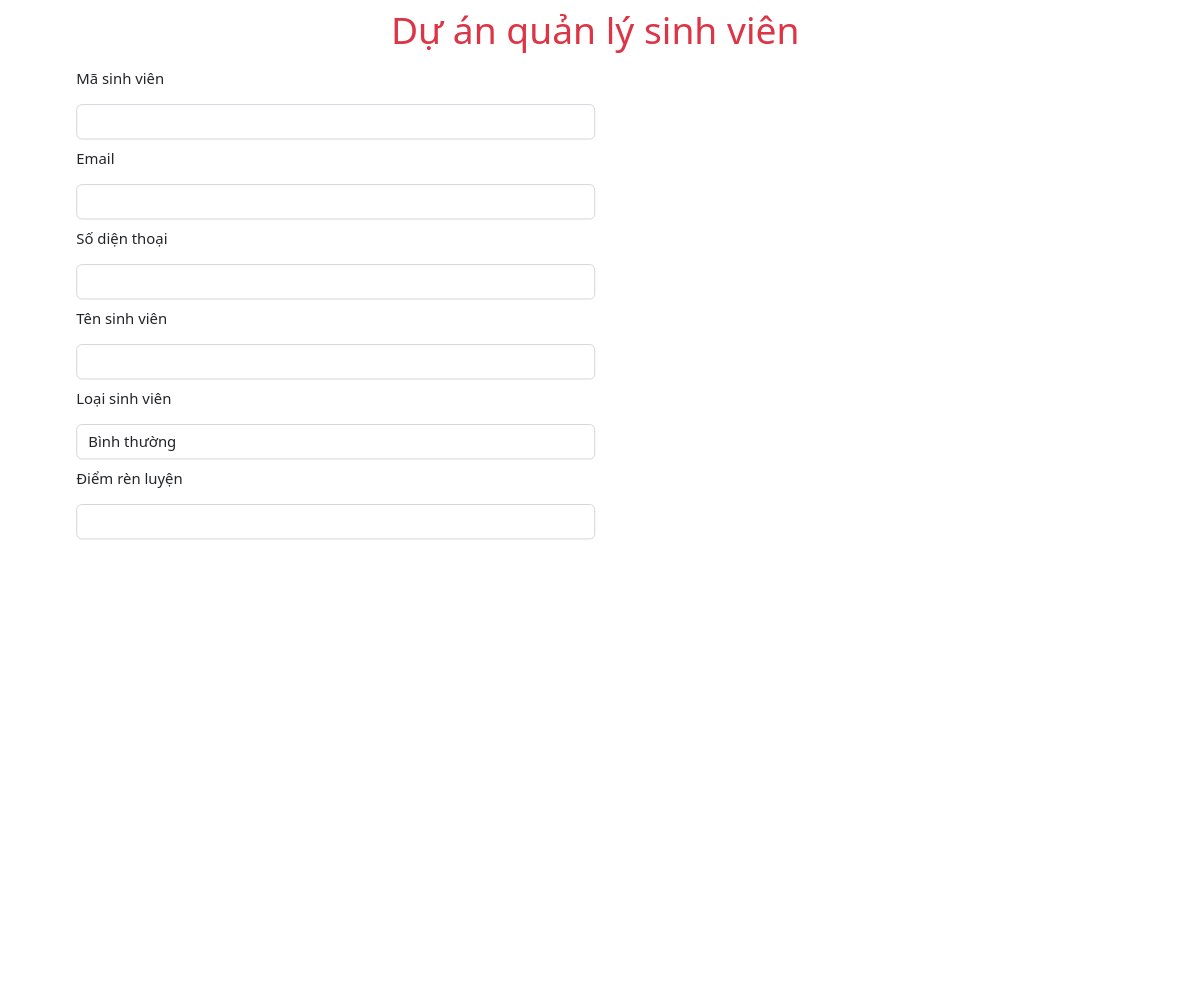
Repository: hcozyph/Cybersoft_JS_OOP
Page: index.html
These files come from the project's save history. The page is drawn as it stood at one moment and after the next save; the edit follows.
The browser window is 1280 px wide. The pictures show the whole page, at 93% of full size.

Above is the page before, as saved 2023-02-26 09:25:18.

After the next save:
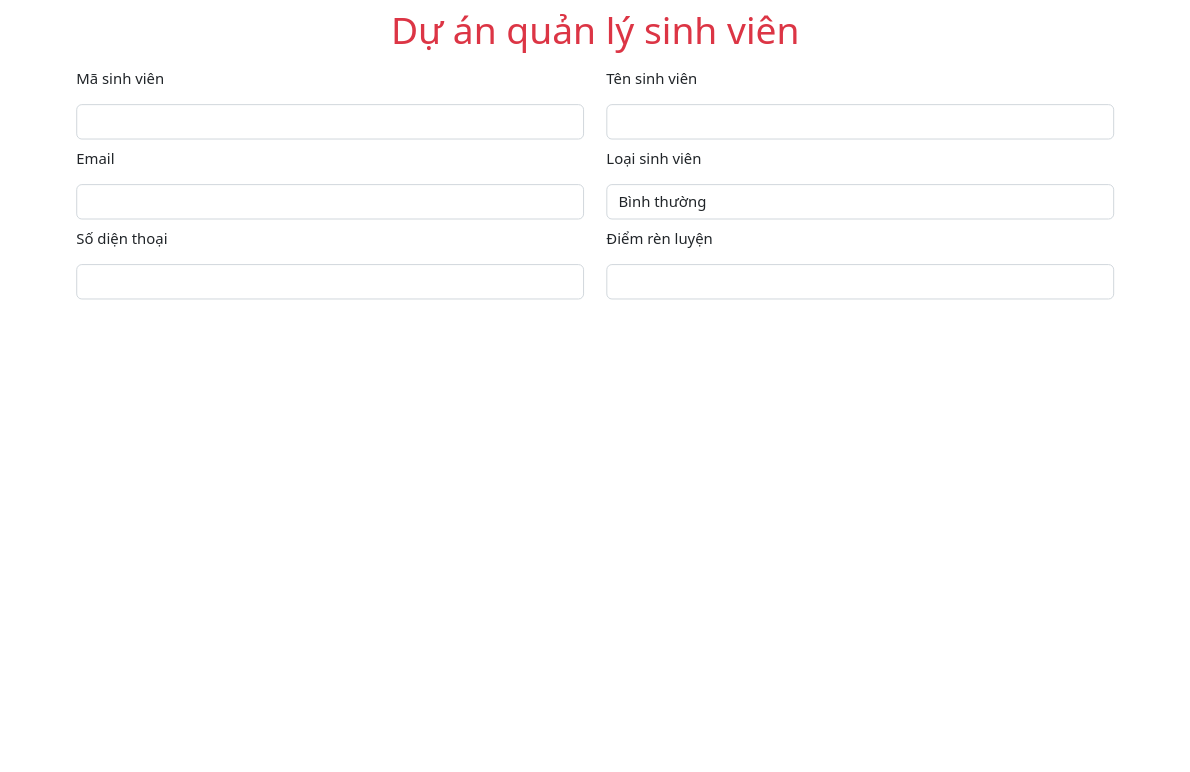
Saved 32 s later.
--- a/index.html
+++ b/index.html
@@ -30,43 +30,45 @@
             </div>
 
             <div class="content">
-                <div class="row row-cols-2"></div>
-                <div class="col-md-6 col-lg-6">
-                    <div class="form-group my-2">
-                        <p>Mã sinh viên</p>
-                        <input class="form-control" id="maSinhVien"></input>
+                <div class="row">
+                    <div class="col-md-6 col-lg-6">
+                        <div class="form-group my-2">
+                            <p>Mã sinh viên</p>
+                            <input class="form-control" id="maSinhVien"></input>
+                        </div>
+
+                        <div class="form-group my-2">
+                            <p>Email</p>
+                            <input class="form-control" id="email"></input>
+                        </div>
+
+                        <div class="form-group my-2">
+                            <p>Số diện thoại</p>
+                            <input class="form-control" id="soDienThoai"></input>
+                        </div>
                     </div>
 
-                    <div class="form-group my-2">
-                        <p>Email</p>
-                        <input class="form-control" id="email"></input>
-                    </div>
+                    <div class="col-md-6 col-lg-6">
+                        <div class="form-group my-2">
+                            <p>Tên sinh viên</p>
+                            <input class="form-control" id="tenSinhVien"></input>
+                        </div>
 
-                    <div class="form-group my-2">
-                        <p>Số diện thoại</p>
-                        <input class="form-control" id="soDienThoai"></input>
+                        <div class="form-group my-2">
+                            <p>Loại sinh viên</p>
+                            <select class="form-control" id="loaiSinhVien">
+                                <option value="">Bình thường</option>
+                                <option value="">Khó khăn</option>
+                            </select>
+                        </div>
+
+                        <div class="form-group my-2">
+                            <p>Điểm rèn luyện</p>
+                            <input type="number" class="form-control" id="diemRenLuyen">
+                        </div>
                     </div>
                 </div>
 
-                <div class="col-md-6 col-lg-6">
-                    <div class="form-group my-2">
-                        <p>Tên sinh viên</p>
-                        <input class="form-control" id="tenSinhVien"></input>
-                    </div>
-
-                    <div class="form-group my-2">
-                        <p>Loại sinh viên</p>
-                        <select class="form-control" id="loaiSinhVien">
-                            <option value="">Bình thường</option>
-                            <option value="">Khó khăn</option>
-                        </select>
-                    </div>
-
-                    <div class="form-group my-2">
-                        <p>Điểm rèn luyện</p>
-                        <input type="number" class="form-control" id="diemRenLuyen">
-                    </div>
-                </div>
             </div>
         </div>
 
